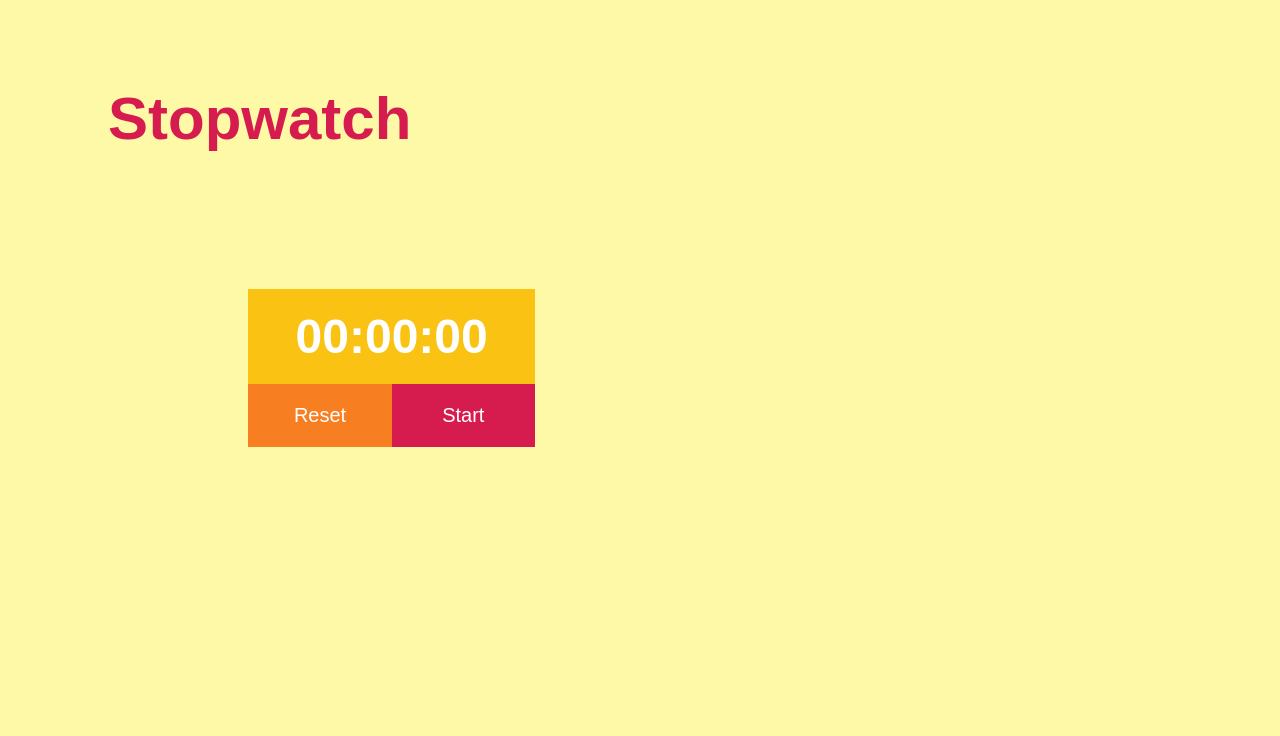
Repository: pilar122/stopwatch
Page: index.html
The author's editor kept a copy of each file at every save. The page is drawn from the files as they stood at one save, then again after the next save.
The browser window is 1280 px wide. The pictures show the whole page.

Above is the page before, as saved 2022-06-19 13:10:39.

### index.html
<!DOCTYPE html>
<html>
    <head>
        <title>
            Stopwatch
        </title>
        <link href="stopwatch.css" rel="stylesheet">
        <script src="stopwatch.js"></script>
    </head>

    <div class="header">
        <h1>Stopwatch</h1>
    </div>

    <body>

        <div id="stopwatch">
            <!--CURRENT TIME-->
            <div id="sw-time">00:00:00</div> <!-- sw is the time display-->

            <!--CONTROLS-->
            <input type="button" value="Reset" id="sw-rst" disabled/> <!--sw-rst is the reset button * and the disabled means that the buttons are at the moment-->
            <input type="button" value="Start" id="sw-go" disabled/> <!--sw-go is the start & stop button-->
        </div>
    </body>
</html>

### stopwatch.css
/* (A) CONTAINER */
#stopwatch {
    display: flex;
    flex-wrap: wrap;
    max-width: 400px;
    margin: 0 auto;
  }

  /* (B) TIME */
  #sw-time {
    width: 100%;
    padding: 20px 0;
    font-size: 48px;
    font-weight: bold;
    text-align: center;
    background: #FAC213;
    color: #fff;
  }

  /* (C) BUTTONS */
  #sw-rst, #sw-go {
    box-sizing: border-box;
    width: 50%;
    cursor: pointer;
    padding: 20px 0;
    border: 0;
    color: #fff;
    font-size: 20px;
  }
  #sw-rst { background-color: #F77E21; }
  #sw-go { background-color: #D61C4E; }

  /* (X) DOES NOT MATTER */
  /* PAGE & BODY */
  body {
    display: flex;
    align-items: center; justify-content: center;
    min-height: 100vh;
    background: #FEF9A7;
    background-repeat: no-repeat;
    background-position: center;
    background-size: cover;
  }
  * { font-family: arial, sans-serif; }

  /* WIDGET */
  .widget-wrap {
    min-width: 450px;
    padding: 30px;
    border-radius: 20px;
    background: rgba(255, 255, 255, 0.4);
  }

  .header {
    padding: 100px;
    text-align: center;
    color: #D61C4E;
    font-size: 30px;
    margin-top: -500px;
    margin-right: -1000px;
  }

  /* HEADER */
  h1 { text-align: center; }
  #code-boxx {
    width: 100%;
    margin-top: 30px;
    text-align: center;
  }

  /* FOOTER */
  #code-boxx {
    font-weight: 600;
    margin-top: 30px;
  }
  #code-boxx a {
    display: inline-block;
    padding: 5px;
    text-decoration: none;
    background: #d3adad;
    color: #fff;
  }

### stopwatch.js
var sw = {
    // (A) PROPERTIES
    etime : null, // html time display
    erst : null, // html reset button
    ego : null, // html start/stop button
    timer : null, // timer object
    now : 0, // current elapsed time

    // (B) INITIALIZE
    init : () => {
      // (B1) GET HTML ELEMENTS
      sw.etime = document.getElementById("sw-time");
      sw.erst = document.getElementById("sw-rst");
      sw.ego = document.getElementById("sw-go");

      // (B2) ENABLE BUTTON CONTROLS
      sw.erst.onclick = sw.reset;
      sw.ego.onclick = sw.start;
      sw.erst.disabled = false;
      sw.ego.disabled = false;
    },

    // (C) START!
    start : () => {
      sw.timer = setInterval(sw.tick, 1000);
      sw.ego.value = "Stop";
      sw.ego.onclick = sw.stop;
    },

    // (D) STOP
    stop : () => {
      clearInterval(sw.timer);
      sw.timer = null;
      sw.ego.value = "Start";
      sw.ego.onclick = sw.start;
    },

    // (E) TIMER ACTION
    tick : () => {
      // (E1) CALCULATE HOURS, MINS, SECONDS
      sw.now++;
      let hours = 0, mins = 0, secs = 0,
      remain = sw.now;
      hours = Math.floor(remain / 3600);
      remain -= hours * 3600;
      mins = Math.floor(remain / 60);
      remain -= mins * 60;
      secs = remain;

      // (E2) UPDATE THE DISPLAY TIMER
      if (hours<10) { hours = "0" + hours; }
      if (mins<10) { mins = "0" + mins; }
      if (secs<10) { secs = "0" + secs; }
      sw.etime.innerHTML = hours + ":" + mins + ":" + secs;
    },

    // (F) RESET
    reset : () => {
      if (sw.timer != null) { sw.stop(); }
      sw.now = -1;
      sw.tick();
    }
  };
  window.addEventListener("load", sw.init);

After the next save:
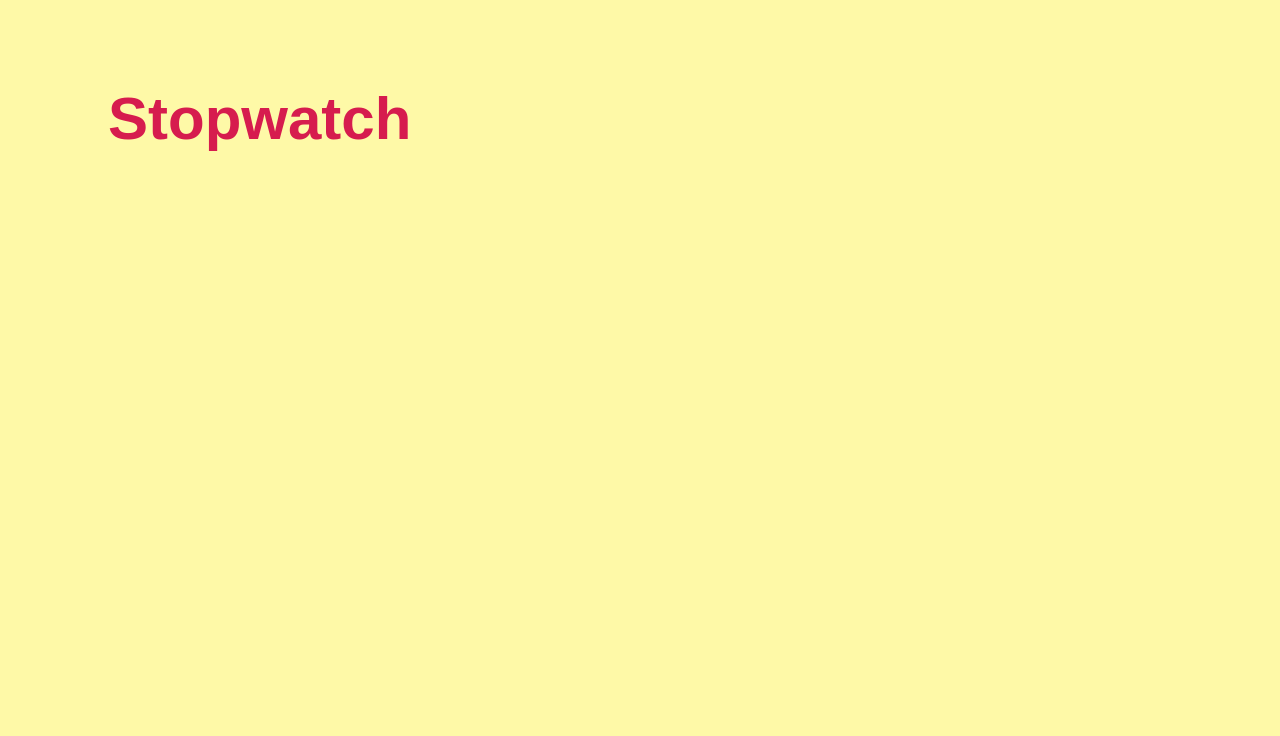
Saved 21 s later.
--- a/stopwatch.css
+++ b/stopwatch.css
@@ -57,7 +57,7 @@
     color: #D61C4E;
     font-size: 30px;
     margin-top: -500px;
-    margin-right: -1000px;
+    margin-right: -3000px;
   }
 
   /* HEADER */

After the save that followed:
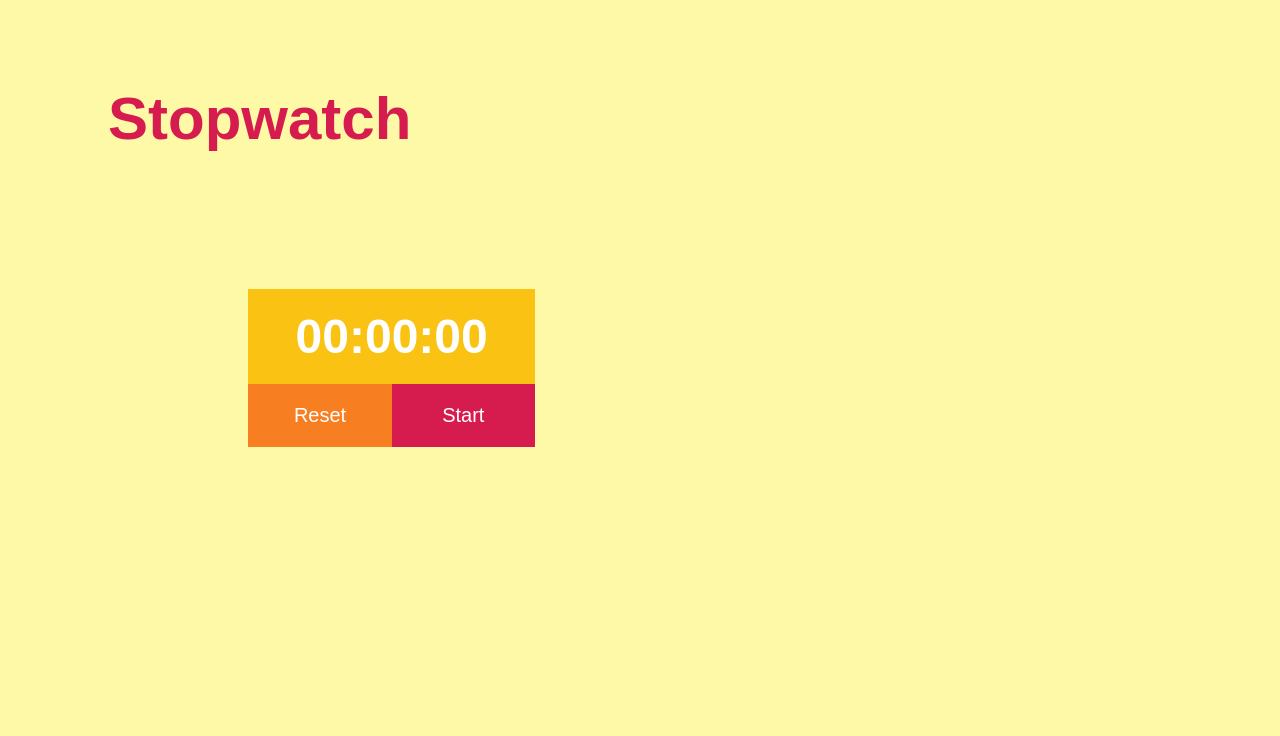
Saved 5 s later.
--- a/stopwatch.css
+++ b/stopwatch.css
@@ -57,7 +57,7 @@
     color: #D61C4E;
     font-size: 30px;
     margin-top: -500px;
-    margin-right: -3000px;
+    margin-right: -1000px;
   }
 
   /* HEADER */
